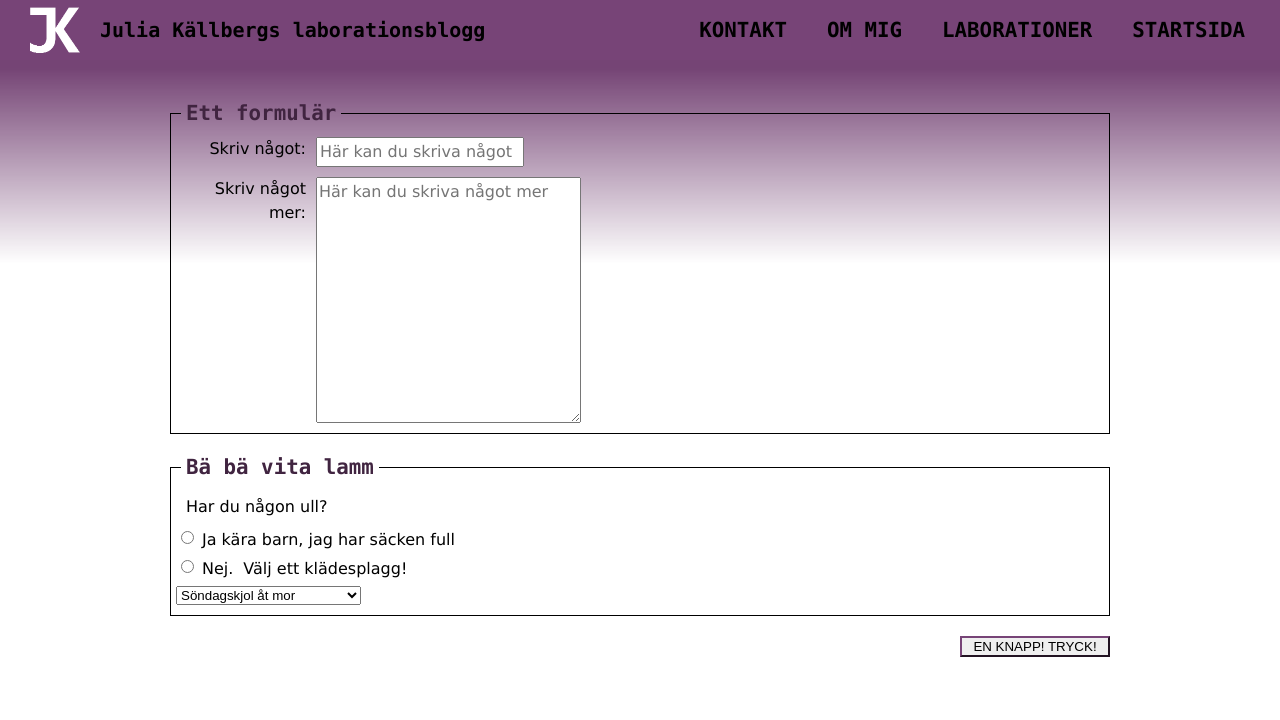
Repository: jk222rp/1ik415-laborationer-2014
Page: pages/kontakt.html
The author's editor kept a record of every edit. The page is drawn from the files as they stood at one moment, then again after the next edit.
The browser window is 1280 px wide. The pictures show the whole page.

Above is the page before.

### pages/kontakt.html
<!doctype html>
<html lang="sv">
    <head>
        <meta charset="utf-8" />
        <title>Julias laborationsblogg</title>
        <link rel="stylesheet" type="text/css" href="../css/style.css" />
    </head>

    <body>
        <div id="container">

            <div id="header">
                <h1>Julia Källbergs laborationsblogg</h1>
            </div>

<!--Menu-->
            <div id="nav">
                <ul>
                    <li><a href="../index.html">Startsida</a></li>
                    <li><a href="laborationer.html">Laborationer</a></li>
                    <li><a href="presentation.html">Om mig</a></li>
                    <li><a href="kontakt.html" class="active">Kontakt</a></li>
                </ul>
            </div>

<!--Form-->
            <div id="content">
                <form action="http://voyager.lnu.se/tekinet/kurser/dtt/wp_webbintro/form.php" method="post">

    <!--Form first part-->
                    <fieldset id="form1">
                        <legend>Ett formulär</legend>

                        <label for="text">Skriv något:</label>
                        <input placeholder="Här kan du skriva något" type="text" id="text" name="text" />

                        <label for="moretext">Skriv något mer:</label>
                        <textarea rows="10" cols="30" placeholder="Här kan du skriva något mer" id="moretext" name="moretext"></textarea>
                    </fieldset>

    <!--Form second part-->
                    <fieldset id="form2">
                        <legend>Bä bä vita lamm</legend>

                        <p>Har du någon ull?</p>
                        <input type="radio" id="woolyes" name="wool" value="yes" /><label for="woolyes" class="radio">Ja kära barn, jag har säcken full</label>
                        <input type="radio" id="woolno" name="wool" value="no" /><label for="woolno" class="radio">Nej.</label>

                        <label for="clothes">Välj ett klädesplagg!</label>
                        <select id="clothes" name="clothes">
                            <option value="skirt">Söndagskjol åt mor</option>
                            <option value="coat">Helgdagsrock åt far</option>
                            <option value="socks">Två par strumpor åt lillebror</option>
                        </select>
                    </fieldset>

    <!--Send form-->
                    <button type="submit">EN KNAPP! TRYCK!</button>
                </form>
            </div>

        </div>

    </body>
</html>

### css/style.css
/* http://meyerweb.com/eric/tools/css/reset/
   v2.0 | 20110126
   License: none (public domain)
*/

html, body, div, span, applet, object, iframe,
h1, h2, h3, h4, h5, h6, p, blockquote, pre,
a, abbr, acronym, address, big, cite, code,
del, dfn, em, img, ins, kbd, q, s, samp,
small, strike, strong, sub, sup, tt, var,
b, u, i, center,
dl, dt, dd, ol, ul, li,
fieldset, form, label, legend,
/*table, caption, tbody, tfoot, thead, tr, th, td,*/
article, aside, canvas, details, embed,
figure, figcaption, footer, header, hgroup,
menu, nav, output, ruby, section, summary,
time, mark, audio, video {
	margin: 0;
	padding: 0;
	border: 0;
	font-size: 100%;
	font: inherit;
	vertical-align: baseline;
}
/* HTML5 display-role reset for older browsers */
article, aside, details, figcaption, figure,
footer, header, hgroup, main, menu, nav, section {
	display: block;
}
body {
	line-height: 1;
}
ol, ul {
	list-style: none;
}
blockquote, q {
	quotes: none;
}
blockquote:before, blockquote:after,
q:before, q:after {
	content: '';
	content: none;
}
table {
	border-collapse: collapse;
	border-spacing: 0;
}

/*END OF RESET*/

/*START OF STYLE*/

/*COLORS
    Background: #fff (white)
    Header and links: #747 (light purple)
    Head texts: #402440 (dark purple)
    Text main: #000 (black)
    Visited links and postfoots: #888 (gray)
*/


body {
    background-color: #fff;
    font-size: 1em;
}

/*Layout*/
#container {
    background: #fff url(pics/bakgrund.png) no-repeat top left;
    background-position: 0 60px;
    background-size: 100%;
    margin: 0 auto;
    width: 100%;
    overflow: auto;
}

#header {
    float: left;
    height: 60px;
    width: 100%;
}

#nav {
    height: 30px;
    width: 100%;
    padding: 0 5px;
    position: absolute;
    top: 0;
    right: 0;
}

#content {
    margin: 100px auto 0 auto;
    max-width: 940px;
    padding: 0 10px 28px 10px;
}

#footer {
    clear: both;
    margin: 0 auto;
    max-width: 960px;
}

#post #content {
    padding-bottom: 0;
}

/*Backgrounds and borders*/

#header {
    background: #747 url(pics/logotyp.png) no-repeat top left;
    background-size: 50px;
    background-position: 30px;
}

table {
    border: solid #000 2px;
}

th, td {
    border: solid #000 1px;
    padding: 0.5em;
}

fieldset {
    border: solid #000 1px;
}

/*Texts and links*/

h1 {
    color: #000;
    font-family: Consolas, Verdana, sans-serif;
    font-size: 1.25em;
    font-weight: bold;
    text-align: left;
    text-indent: 100px;
    line-height: 60px;
}

h2 {
    /*border-bottom: solid #888 2px;*/
    color: #402440;
    font-family: Consolas, Verdana, sans-serif;
    font-size: 1.5em;
    font-weight: bold;
    line-height: 1.5em;
    margin: 0 0 10px 0;
    padding-left: 10px;
    padding-right: 10px;
}

#presentation h2 {
    border: 0px;
    color: #000;
    margin: 20px 0 5px 0;
}

h3 {
    /*border-bottom: solid #888 1px;*/
    color: #402440;
    font-family: Consolas, Verdana, sans-serif;
    font-size: 1.25em;
    font-weight: bold;
    line-height: 1.25em;
    margin: 0 0 10px 0;
    padding-left: 10px;
    padding-right: 10px;
}

#laborationer h2, #laborationer h3 {
    margin: 30px 0 0 0;
}

p {
    color: #000;
    font-family: Verdana, sans-serif;
    font-size: 1em;
    line-height: 2em;
    padding: 5px 10px;
}

.printtext {
    display: none;
}


/*resets the reset of lists*/
ul {
    list-style-type: disc;
    list-style-position: inside;
}
ol {
    list-style-type: decimal;
    list-style-position: inside;
}
ul ul, ol ul {
    list-style-type: circle;
    list-style-position: inside;
    margin-left: 15px;
}
ol ol, ul ol {
    list-style-type: lower-latin;
    list-style-position: inside;
    margin-left: 15px;
}
/*resets the reset of lists*/


li {
    color: #000;
    font-family: Verdana, sans-serif;
    font-size: 1em;
    line-height: 2em;
    padding-left: 10px;
    padding-right: 10px;
}

dl {
    color: #000;
    font-family: Verdana, sans-serif;
    font-size: 1em;
    line-height: 2em;
    list-style-position: inside;
	margin:0 0 1.5em 0;
    padding-left: 10px;
    padding-right: 10px;
}

dl dt {
	font-weight:bold;
}
dd {
	margin-left:1.5em;
}

table {
    margin: 10px;
}

td {
    text-align: center;
}

.postfoot {
    border-bottom: solid #747 1px;
    clear: both;
    color: #888;
    font-family: Verdana, sans-serif;
    font-size: 1em;
    line-height: 1.2em;
    margin: 10px 0 30px 0;
    padding: 0 10px;
    text-align: right;
}

a:link {color: #747; font-family: Verdana, sans-serif; font-size: 0.875em; line-height: 1.3125em;}
a:visited {color: #888;}
a:focus {color: #000; border: solid #f60 2px;}
a:hover {color: #000;}
a:active {color: #fff;}

#footer a {
    color: #747;
    display: block;
    font-weight: bold;
    padding-right: 5px;
    text-align: right;
    text-decoration: none;
    text-transform: uppercase;
}

#footer a:hover {
    color: #000;
}

#nav a {
    display: block;
    float: right;
    font-family: Consolas, Verdana, sans-serif;
    font-size: 1.3em;
    font-weight: bold;
    height: 60px;
    line-height: 60px;
    padding: 0 20px;
    text-align: center;
    text-decoration: none;
    text-transform: uppercase;
    white-space: nowrap;
}

#nav li {
    list-style-type: none;
}

#nav a:link, #nav a:visited {color: #000;}
#nav a:focus {color: #000; border: solid #000 2px;}
#nav a:hover {color: #000;}
#nav a:active {color: #fff;}

#active a:link, #active a:visited, #active a:focus, #active a:hover, #active a:active {
    color: #fff;
}

/*Formulär*/
fieldset {
    margin-bottom: 20px;
    padding: 5px;
}

legend {
    color: #402440;
    font-family: Consolas, Verdana, sans-serif;
    font-size: 1.3em;
    font-weight: bold;
    line-height: 1.3em;
    margin-left: 5px;
    padding: 0 5px;
}

label, input, textarea {
    color: #000;
    font-family: Verdana, sans-serif;
    font-size: 1em;
    line-height: 1.5em;
}

#form1 label {
    clear: left;
    display: block;
    float: left;
    margin: 5px 0;
    padding: 0 5px 5px 5px;
    text-align: right;
    width: 125px;
}

#form2 label {
    float: left;
    padding: 0 5px 5px 5px;
}

#select {
    float: left;
    clear: left;
    margin: 10px 0 0 5px;
    padding: 0 5px 5px 5px;
}

.radio {
    clear: none;
}

#text, #moretext {
    float: left;
    margin: 5px;
}

fieldset p {
    clear: both;
    float: left;
}

#woolyes, #woolno {
    clear: left;
    float: left;
}

select {
    clear: both;
    float: left;
    margin-bottom: 5px;
}

button {
    border-color: #747;
    float: right;
    width: 150px;
}

button:hover {font-weight: bold;}

/*Bilder och video*/
video, img {
    margin: 10px;
    max-width: 95%;
}

.right, .left {
    margin: 10px;
}

.right {
    float: right;
}

.left {
    float: left;
}



/*Kommentarer*/
.comments { /*Hela kommentarsbiten*/
    border: solid #747 1px;
    padding: 5px 0;
    margin: -20px 5px 30px 5px;
}

.commentshead h2 { /*Rubrik för kommentarsbiten*/
    border-bottom: solid #747 1px;
    font-size: 1.3em;
    line-height: 1.3em;
}

.comment { /*En kommentar*/
    padding: 5px;
}

.commenthead h3 { /*Rubrik för en kommentar*/
    color: #747;
    font-size: 1.1em;
    line-height: 1.1em;
    margin: 0;
}

.thecomment { /*Kommentaren*/
    font-size: 0.8em;
    line-height: 1.6em;
}

.commentfoot { /*Fot för en kommentar*/
    border-bottom: solid #747 1px;
    clear: both;
    color: #888;
    font-family: Verdana, sans-serif;
    font-size: 0.8em;
    line-height: 1.5em;
    margin: 0 0 10px 0;
    padding: 0 10px;
    text-align: right;
}




/*hCard*/

.vcard { /*hela kortet*/
    border: solid #747 1px;
    font-size: 0.8em;
    margin: 20px auto;
    padding: 10px;
    width: 250px;
}

.fn, .email, .adr, .tel { /*förnamnet*/
    color: #000;
    font-family: Verdana, sans-serif;
    font-size: 1em;
    line-height: 1.5em;
    padding: 5px 0;
}

After the next edit:
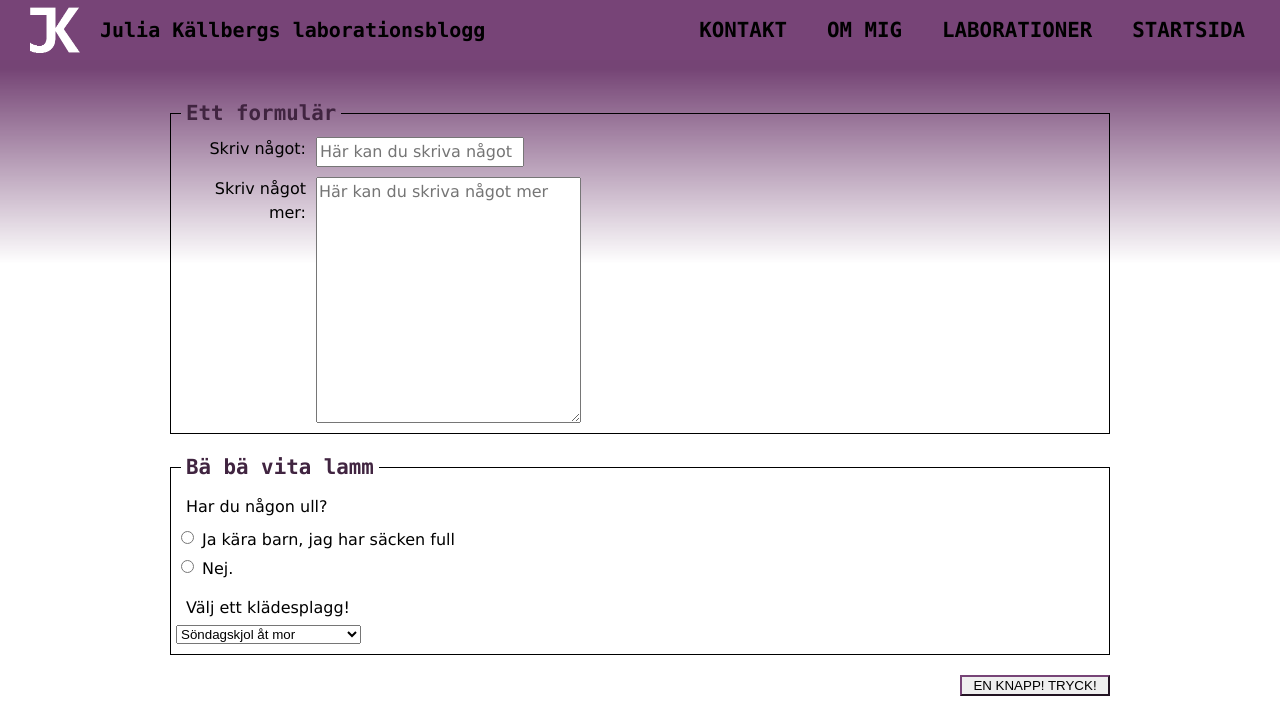
The edit:
--- a/pages/kontakt.html
+++ b/pages/kontakt.html
@@ -46,7 +46,7 @@
                         <input type="radio" id="woolyes" name="wool" value="yes" /><label for="woolyes" class="radio">Ja kära barn, jag har säcken full</label>
                         <input type="radio" id="woolno" name="wool" value="no" /><label for="woolno" class="radio">Nej.</label>
 
-                        <label for="clothes">Välj ett klädesplagg!</label>
+                        <label for="clothes" id="select">Välj ett klädesplagg!</label>
                         <select id="clothes" name="clothes">
                             <option value="skirt">Söndagskjol åt mor</option>
                             <option value="coat">Helgdagsrock åt far</option>
